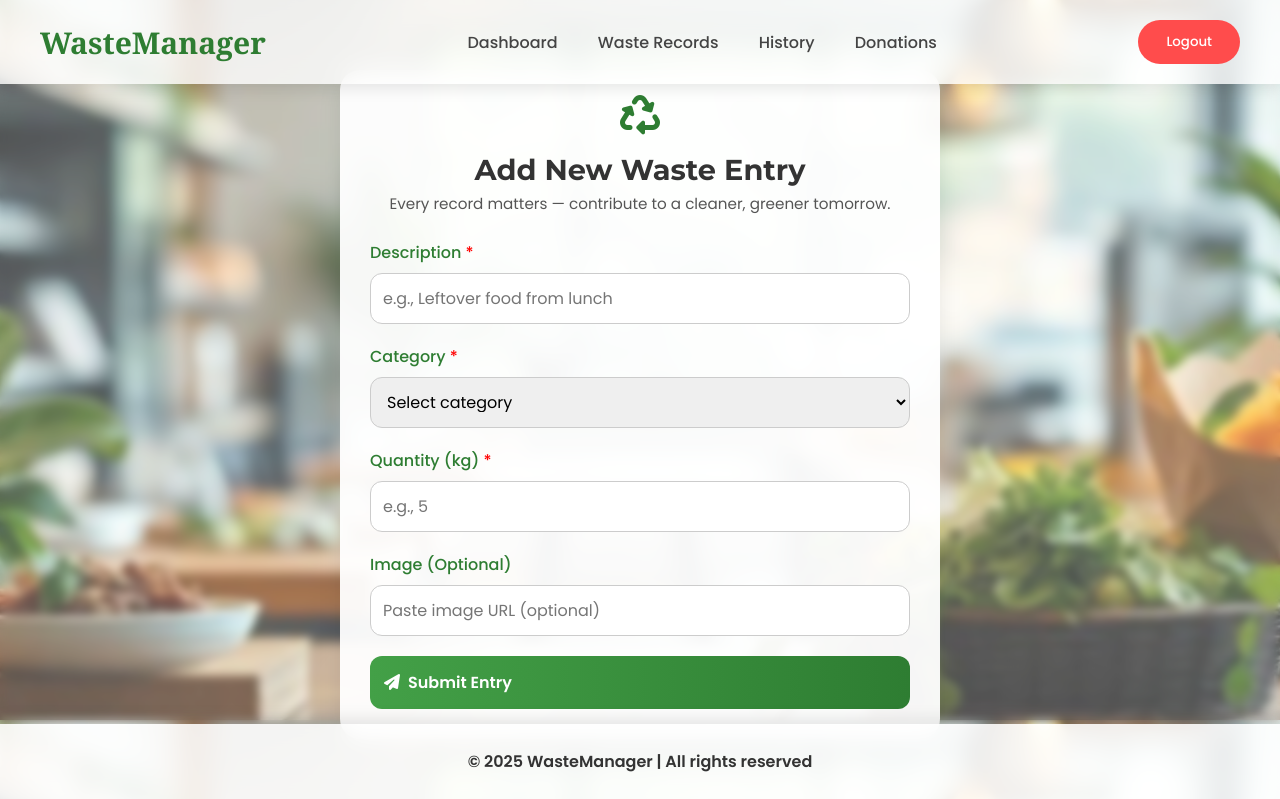
Repository: mahekagrawal25/restaurant-waste-management
Page: frontend/addwaste.html
An editor plug-in stored every save of this project. The page is shown before and after the next save, followed by the edit.
The browser window is 1280 px wide. The pictures show the whole page.
Backgrounds fixed to the window are drawn as part of the page.

Above is the page before, as saved 2025-04-06 22:12:57.

### frontend/addwaste.html
<!DOCTYPE html>
<html lang="en">
  <head>
    <meta charset="UTF-8" />
    <meta name="viewport" content="width=device-width, initial-scale=1.0" />
    <title>Add Waste - WasteManager</title>
    <link rel="stylesheet" href="style.css" />
    <script src="script.js" defer></script>
    <link
      rel="stylesheet"
      href="https://cdnjs.cloudflare.com/ajax/libs/font-awesome/6.4.0/css/all.min.css"
    />
    <link
      href="https://fonts.googleapis.com/css2?family=Poppins:wght@400;500;600&family=Montserrat:wght@700&display=swap"
      rel="stylesheet"
    />














    <style>
        body {
          margin: 0;
          padding: 0;
          font-family: 'Poppins', sans-serif;
          background: url('./images/restro6.jpg') no-repeat center center fixed;
          background-size: cover;
          background-attachment: fixed;
        }

        .page-wrapper {
          background-color: rgba(255, 255, 255, 0.3);
          backdrop-filter: blur(4px);
        }

        .waste-card {
          background: rgba(255, 255, 255, 0.95);
        }
      </style>



  </head>
  <body>
    <header class="navbar">
      <div class="nav-container">
        <div class="logo">WasteManager</div>
        <nav>
          <a href="dashboard.html">Dashboard</a>
          <a href="waste-records.html" class="active">Waste Records</a>
          <a href="history.html">History</a>
          <a href="donations.html">Donations</a>
        </nav>
        <button id="logoutBtn" class="btn-logout">Logout</button>
      </div>
    </header>

    <div class="page-wrapper">
      <div class="waste-card">
        <div class="card-header">
          <i class="fas fa-recycle"></i>
          <h1>Add New Waste Entry</h1>
          <p>
            Every record matters — contribute to a cleaner, greener tomorrow.
          </p>
        </div>

        <form id="addWasteForm" class="waste-form">
          <div class="form-group">
            <label for="description">Description <span>*</span></label>
            <input
              type="text"
              id="description"
              name="description"
              required
              placeholder="e.g., Leftover food from lunch"
            />
          </div>

          <div class="form-group">
            <label for="category">Category <span>*</span></label>
            <select id="category" name="category" required>
              <option value="">Select category</option>
              <option value="Plastic">Plastic</option>
              <option value="Food">Food</option>
              <option value="Cardboard">Cardboard</option>
              <option value="Glass">Glass</option>
              <option value="Other">Other</option>
            </select>
          </div>

          <div class="form-group">
            <label for="quantity">Quantity (kg) <span>*</span></label>
            <input
              type="number"
              id="quantity"
              name="quantity"
              min="1"
              required
              placeholder="e.g., 5"
            />
          </div>

          <div class="form-group">
            <label for="image_url">Image (Optional)</label>
            <input
              type="url"
              id="image_url"
              name="image_url"
              placeholder="Paste image URL (optional)"
            />
          </div>

          <button type="submit" class="btn-submit">
            <i class="fas fa-paper-plane"></i> Submit Entry
          </button>
        </form>
      </div>
    </div>

    <footer class="footer">
      <p>&copy; 2025 WasteManager | All rights reserved</p>
    </footer>
  </body>
</html>

### frontend/style.css
/* ✅ General Styles */
* {
  margin: 0;
  padding: 0;
  box-sizing: border-box;
  font-family: 'Poppins', sans-serif;
}

body {
  background: linear-gradient(135deg, #2e7d32, #81c784);
  color: #333;
  min-height: 100vh;
  display: flex;
  flex-direction: column;
}

/* ✅ Navigation Bar */
.navbar {
  background: rgba(255, 255, 255, 0.85);
  backdrop-filter: blur(12px);
  box-shadow: 0 4px 15px rgba(0, 0, 0, 0.1);
  padding: 20px 40px;
  position: sticky;
  top: 0;
  z-index: 1000;
}

.nav-container {
  display: flex;
  justify-content: space-between;
  align-items: center;
  max-width: 1300px;
  margin: 0 auto;
}

.navbar .logo {
  font-size: 30px;
  font-weight: bold;
  color: #2e7d32;
  font-family: 'Georgia', serif;
}

nav a {
  margin: 0 18px;
  text-decoration: none;
  color: #444;
  font-weight: 500;
  transition: color 0.3s, transform 0.3s;
}

nav a:hover {
  color: #2e7d32;
  transform: scale(1.1);
}

.btn-logout {
  background: #ff4c4c;
  color: #fff;
  border: none;
  padding: 12px 28px;
  border-radius: 30px;
  cursor: pointer;
  font-weight: 500;
  transition: background 0.3s, transform 0.3s;
}

.btn-logout:hover {
  background: #e03c3c;
  transform: scale(1.05);
}

/* ✅ Main Content */
.container {
  width: 90%;
  max-width: 1300px;
  margin: 50px auto;
  flex: 1;
}

/* ✅ Welcome Section */
.welcome-section {
  text-align: center;
  margin-bottom: 70px;
}

.welcome-section h1 {
  font-size: 48px;
  color: #fff;
  margin-bottom: 12px;
  font-weight: 700;
  font-family: 'Cambria', serif;
}

.welcome-section p {
  font-size: 20px;
  color: #f0f0f0;
  opacity: 0.9;
}

/* ✅ Quick Actions Grid */
.actions-grid {
  display: grid;
  grid-template-columns: repeat(auto-fit, minmax(280px, 1fr));
  gap: 35px;
  margin-bottom: 70px;
}

.action-card {
  background: rgba(255, 255, 255, 0.85);
  backdrop-filter: blur(12px);
  border-radius: 20px;
  box-shadow: 0 10px 25px rgba(0, 0, 0, 0.1);
  padding: 35px;
  text-align: center;
  transition: transform 0.4s, box-shadow 0.4s;
  cursor: pointer;
}

.action-card:hover {
  transform: translateY(-12px);
  box-shadow: 0 14px 30px rgba(0, 0, 0, 0.2);
}

.action-card i {
  font-size: 52px;
  color: #2e7d32;
  margin-bottom: 25px;
}

.action-card h3 {
  font-size: 26px;
  color: #333;
  margin-bottom: 12px;
  font-weight: 700;
}

.action-card p {
  font-size: 18px;
  color: #555;
  opacity: 0.85;
}

/* ✅ Recent Activities */
.recent-activities {
  background: rgba(255, 255, 255, 0.9);
  padding: 35px;
  border-radius: 20px;
  box-shadow: 0 10px 25px rgba(0, 0, 0, 0.1);
}

.recent-activities h2 {
  font-size: 30px;
  margin-bottom: 25px;
  font-weight: 700;
  color: #333;
}

.activities-container {
  max-height: 350px;
  overflow-y: auto;
  padding: 15px;
}

.activities-container p {
  font-size: 18px;
  color: #555;
  opacity: 0.9;
}

/* ✅ Footer */
.footer {
  background: rgba(255, 255, 255, 0.9);
  backdrop-filter: blur(10px);
  color: #333;
  text-align: center;
  padding: 25px;
  box-shadow: 0 -5px 15px rgba(0, 0, 0, 0.1);
  font-weight: 600;
  font-size: 16px;
}





/* Activities Table Styles */
.activities-table-container {
  overflow-x: auto;
  margin-top: 1rem;
  background: white;
  border-radius: 8px;
  box-shadow: 0 2px 10px rgba(0,0,0,0.1);
  padding: 1rem;
}

#activitiesTable {
  width: 100%;
  border-collapse: collapse;
}

#activitiesTable th, #activitiesTable td {
  padding: 12px 15px;
  text-align: left;
  border-bottom: 1px solid #e0e0e0;
}

#activitiesTable th {
  background-color: #f5f5f5;
  font-weight: 600;
}

#activitiesTable tr:hover {
  background-color: #f9f9f9;
}

.btn-view-all {
  display: block;
  margin: 1rem auto 0;
  padding: 8px 16px;
  background: #4CAF50;
  color: white;
  border: none;
  border-radius: 4px;
  cursor: pointer;
}

.btn-view-all:hover {
  background: #45a049;
}




/* Activities Table Styles */
.activities-table-container {
  overflow-x: auto;
  margin-top: 1rem;
  background: white;
  border-radius: 8px;
  box-shadow: 0 2px 10px rgba(0,0,0,0.1);
  padding: 1rem;
}

#activitiesTable {
  width: 100%;
  border-collapse: collapse;
  font-size: 0.9rem;
}

#activitiesTable th {
  background-color: #f8f9fa;
  padding: 12px 15px;
  text-align: left;
  font-weight: 600;
}

#activitiesTable td {
  padding: 10px 15px;
  border-bottom: 1px solid #e9ecef;
}

.loading, .error {
  text-align: center;
  padding: 20px;
}

.loading {
  color: #6c757d;
}

.error {
  color: #dc3545;
}













.page-header {
  text-align: center;
  margin-top: 40px;
}

.page-header h1 {
  font-family: 'Montserrat', sans-serif;
  font-size: 2rem;
  color: #2e7d32;
}

.page-header p {
  font-size: 1rem;
  color: #555;
  margin-top: 8px;
}

.form-section {
  max-width: 600px;
  margin: 30px auto;
  background: #f9fff9;
  padding: 30px;
  border-radius: 16px;
  box-shadow: 0 6px 18px rgba(0, 0, 0, 0.06);
}

.waste-form .form-group {
  margin-bottom: 20px;
}

.waste-form label {
  display: block;
  font-weight: 500;
  margin-bottom: 8px;
}

.waste-form label span {
  color: red;
}

.waste-form input,
.waste-form select {
  width: 100%;
  padding: 12px 14px;
  font-size: 1rem;
  border: 1px solid #ccc;
  border-radius: 12px;
  outline: none;
  transition: border 0.3s ease;
}

.waste-form input:focus,
.waste-form select:focus {
  border-color: #4caf50;
}

.btn-submit {
  background-color: #4caf50;
  color: #fff;
  padding: 12px 20px;
  border: none;
  border-radius: 12px;
  cursor: pointer;
  font-weight: 600;
  font-size: 1rem;
  transition: background-color 0.3s ease;
  display: flex;
  align-items: center;
  gap: 8px;
}

.btn-submit:hover {
  background-color: #388e3c;
}




/* Hero Section */
.hero-header {
  background: linear-gradient(to right, #43a047, #2e7d32);
  color: white;
  padding: 60px 20px 40px;
  text-align: center;
  border-bottom-left-radius: 40px;
  border-bottom-right-radius: 40px;
  box-shadow: 0 8px 20px rgba(0, 0, 0, 0.1);
}

.hero-content i {
  font-size: 3rem;
  margin-bottom: 10px;
  animation: bounce 1s ease-in-out infinite alternate;
}

.hero-content h1 {
  font-family: 'Montserrat', sans-serif;
  font-size: 2.5rem;
  margin: 0;
}

.hero-content p {
  font-size: 1.1rem;
  margin-top: 10px;
  color: #e0f2f1;
}

/* Animation for Icon */
@keyframes bounce {
  0% { transform: translateY(0); }
  100% { transform: translateY(-5px); }
}


/* Make entire page fit on screen */
.page-wrapper {
  display: flex;
  justify-content: center;
  align-items: center;
  height: calc(100vh - 80px); /* Adjust for header/footer */
  padding: 20px;
  background-color: #f4f7f6;
}

/* Unified Card */
.waste-card {
  background: white;
  border-radius: 20px;
  max-width: 600px;
  width: 100%;
  padding: 30px;
  box-shadow: 0 8px 24px rgba(0, 0, 0, 0.08);
  font-family: 'Poppins', sans-serif;
}

/* Header Inside Card */
.card-header {
  text-align: center;
  margin-bottom: 25px;
}

.card-header i {
  font-size: 2.5rem;
  color: #2e7d32;
  animation: bounce 1s infinite alternate;
}

.card-header h1 {
  margin: 10px 0 5px;
  font-family: 'Montserrat', sans-serif;
  font-size: 1.8rem;
}

.card-header p {
  font-size: 0.95rem;
  color: #555;
}

/* Form Fields */
.waste-form .form-group {
  margin-bottom: 20px;
}

.waste-form label {
  display: block;
  margin-bottom: 8px;
  font-weight: 500;
  color: #2e7d32;
}

.waste-form input,
.waste-form select {
  width: 100%;
  padding: 12px;
  border: 1px solid #ccc;
  border-radius: 12px;
  font-size: 1rem;
  transition: border 0.3s ease;
}

.waste-form input:focus,
.waste-form select:focus {
  border-color: #2e7d32;
  outline: none;
}

/* Submit Button */
.btn-submit {
  width: 100%;
  background: linear-gradient(to right, #43a047, #2e7d32);
  color: white;
  padding: 14px;
  font-size: 1rem;
  border: none;
  border-radius: 12px;
  cursor: pointer;
  transition: background 0.3s ease;
}

.btn-submit:hover {
  background: linear-gradient(to right, #388e3c, #1b5e20);
}

/* Icon Animation */
@keyframes bounce {
  0% { transform: translateY(0); }
  100% { transform: translateY(-5px); }
}

### frontend/script.js
// 🌟 DOMContentLoaded event
document.addEventListener("DOMContentLoaded", () => {
  const token = localStorage.getItem("token");
  const userName = localStorage.getItem("username") || "User";
  const isDashboard = window.location.pathname.includes("dashboard.html");
  const isLogin = window.location.pathname.includes("index.html");

  // ✅ Display username dynamically
  const userNameElement = document.getElementById("userName");
  if (userNameElement) userNameElement.textContent = userName;

  // ✅ Redirect logic based on token
  handleRedirection(token, isDashboard, isLogin);

  // ✅ Load dashboard data if logged in
  if (isDashboard && token) {
    loadDashboardData(token);
  }
});

// 🚀 Reusable redirection handler
function handleRedirection(token, isDashboard, isLogin) {
  if (!token && isDashboard) {
    console.log("No token, redirecting to login...");
    window.location.href = "index.html";
  } else if (token && isLogin) {
    console.log("User already logged in, redirecting to dashboard...");
    window.location.href = "dashboard.html";
  }
}

// 🔥 Load dashboard data with error handling
async function loadDashboardData(token) {
  const activitiesTableBody = document.getElementById("activitiesTableBody");

  if (!activitiesTableBody) {
    console.error("Error: Couldn't find the activities table");
    return;
  }

  try {
    // Show loading state
    activitiesTableBody.innerHTML = `
      <tr>
        <td colspan="5" class="loading">Loading activities...</td>
      </tr>
    `;

    // Fetch combined activities
    const response = await fetch("http://localhost:5000/api/auth/dashboard/activities", {
      method: "GET",
      headers: { Authorization: `Bearer ${token}` }
    });

    if (!response.ok) throw new Error(`HTTP error! status: ${response.status}`);

    const activities = await response.json();

    // Clear loading state
    activitiesTableBody.innerHTML = "";

    // Process and display activities
    if (activities.length === 0) {
      activitiesTableBody.innerHTML = `
        <tr>
          <td colspan="5">No recent activities found</td>
        </tr>
      `;
      return;
    }

    activities.forEach(activity => {
      const row = document.createElement("tr");

      // Common fields
      const date = new Date(activity.created_at).toLocaleDateString();

      // Type-specific rendering
      if (activity.type === 'waste') {
        row.innerHTML = `
          <td>🗑️ Waste</td>
          <td>${activity.description}</td>
          <td>${activity.category}</td>
          <td>${activity.quantity} ${activity.category === 'Food' ? 'kg' : 'units'}</td>
          <td>${date}</td>
        `;
      }
      else if (activity.type === 'donation') {
        row.innerHTML = `
          <td>♻️ Donation</td>
          <td>${activity.description}</td>
          <td>Donor: ${activity.donor_name}</td>
          <td>${activity.quantity} items</td>
          <td>${date}</td>
        `;
      }
      else if (activity.type === 'collection') {
        row.innerHTML = `
          <td>🚛 Collection</td>
          <td>${activity.description}</td>
          <td>${activity.status}</td>
          <td>-</td>
          <td>${new Date(activity.pickup_date).toLocaleDateString()}</td>
        `;
      }

      activitiesTableBody.appendChild(row);
    });

  } catch (error) {
    console.error("Error loading activities:", error);
    activitiesTableBody.innerHTML = `
      <tr>
        <td colspan="5" class="error">Failed to load activities. Please try again.</td>
      </tr>
    `;
  }
}
// 🌟 Login form submission
document.getElementById("loginForm")?.addEventListener("submit", async (event) => {
  event.preventDefault();

  const email = document.getElementById("email").value;
  const password = document.getElementById("password").value;
  const message = document.getElementById("message");

  try {
    const response = await fetch("http://localhost:5000/api/auth/login", {
      method: "POST",
      headers: { "Content-Type": "application/json" },
      body: JSON.stringify({ email, password })
    });

    const data = await response.json();

    if (response.ok) {
      localStorage.setItem("token", data.token);
      localStorage.setItem("username", data.username);

      message.textContent = "Login successful! Redirecting...";
      message.classList.remove("text-red-500");
      message.classList.add("text-green-500");

      setTimeout(() => {
        window.location.href = "dashboard.html";
      }, 1500);
    } else {
      message.textContent = data.message || "Invalid credentials.";
      message.classList.add("text-red-500");
    }
  } catch (error) {
    console.error("Server error:", error);
    message.textContent = "Server error. Please try again later.";
    message.classList.add("text-red-500");
  }
});

// 🚀 Logout handler
document.getElementById("logoutBtn")?.addEventListener("click", logoutUser);

function logoutUser() {
  localStorage.removeItem("token");
  localStorage.removeItem("username");
  window.location.href = "index.html";
}

// ✅ Signup form submission
document.getElementById("signupForm")?.addEventListener("submit", async (event) => {
  event.preventDefault();

  const username = document.getElementById("username").value.trim();
  const email = document.getElementById("email").value.trim();
  const password = document.getElementById("password").value.trim();
  const message = document.getElementById("signupMessage");

  // ✅ Basic validation
  if (!username || !email || !password) {
    message.textContent = "All fields are required.";
    message.classList.add("text-red-500");
    return;
  }

  try {
    const response = await fetch("http://localhost:5000/api/auth/signup", {
      method: "POST",
      headers: { "Content-Type": "application/json" },
      body: JSON.stringify({ username, email, password }),
    });

    const data = await response.json();

    if (response.ok) {
      message.textContent = "Signup successful! Redirecting to login...";
      message.classList.remove("text-red-500");
      message.classList.add("text-green-500");

      setTimeout(() => {
        window.location.href = "index.html";
      }, 1500);
    } else {
      message.textContent = data.message || "Signup failed. Please try again.";
      message.classList.add("text-red-500");
    }
  } catch (error) {
    console.error("Server error:", error);
    message.textContent = "Server error. Please try again later.";
    message.classList.add("text-red-500");
  }
});

After the next save:
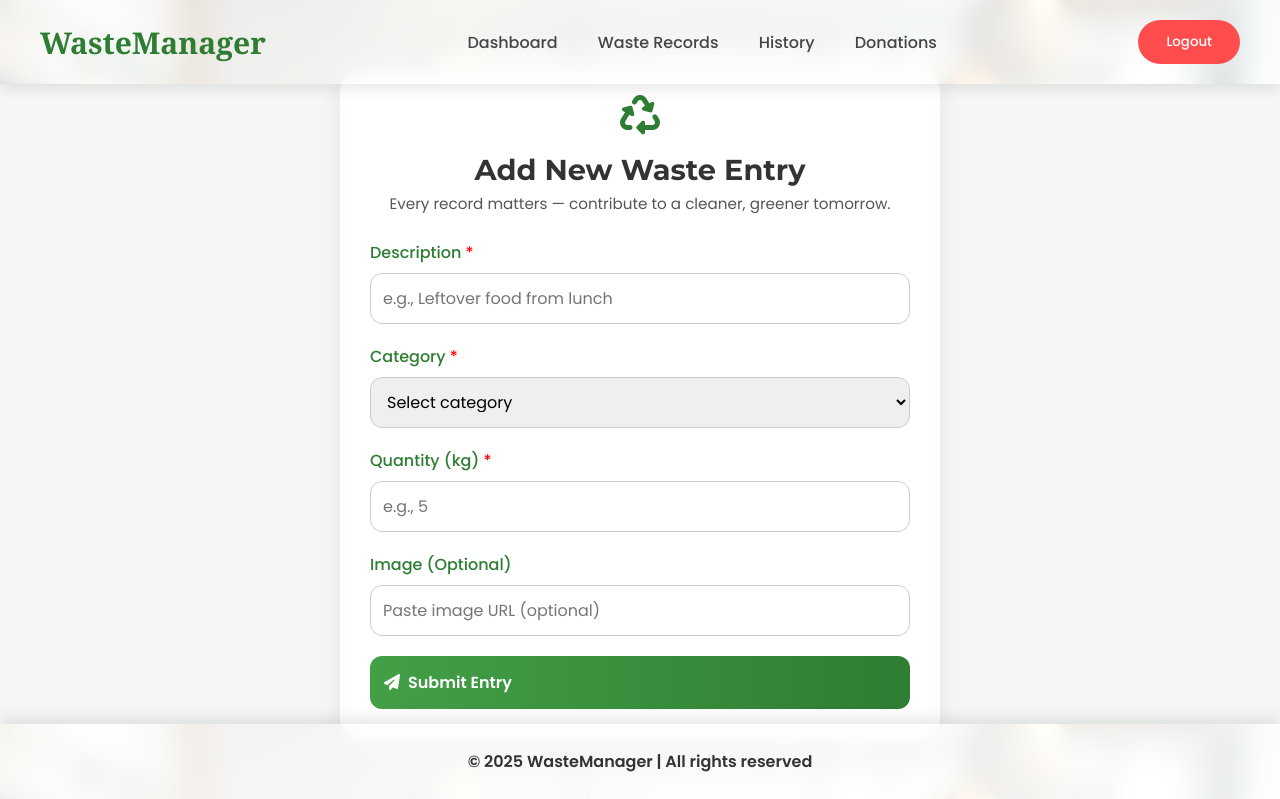
Saved 15 s later.
--- a/frontend/addwaste.html
+++ b/frontend/addwaste.html
@@ -38,14 +38,7 @@
           background-attachment: fixed;
         }
 
-        .page-wrapper {
-          background-color: rgba(255, 255, 255, 0.3);
-          backdrop-filter: blur(4px);
-        }
 
-        .waste-card {
-          background: rgba(255, 255, 255, 0.95);
-        }
       </style>
 
 

After the save that followed:
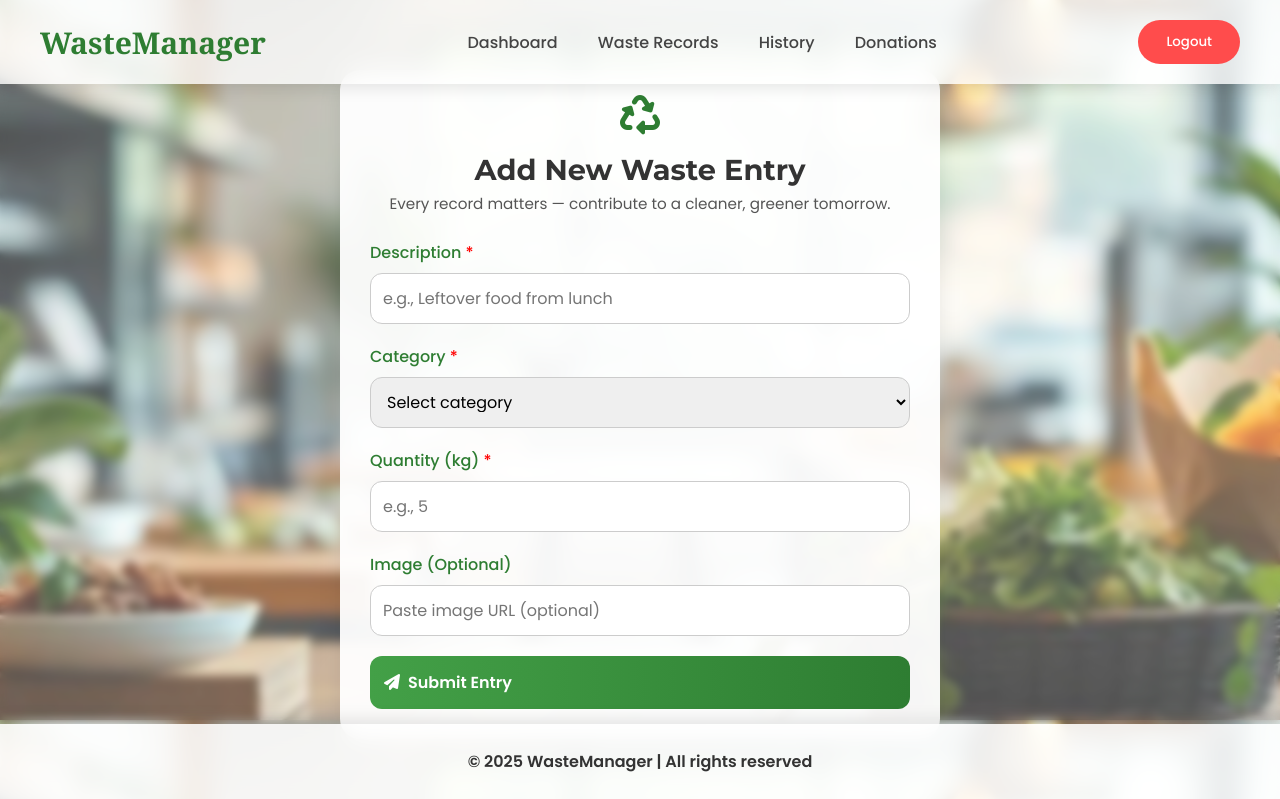
Saved 5 s later.
--- a/frontend/addwaste.html
+++ b/frontend/addwaste.html
@@ -38,7 +38,14 @@
           background-attachment: fixed;
         }
 
+        .page-wrapper {
+          background-color: rgba(255, 255, 255, 0.3);
+          backdrop-filter: blur(4px);
+        }
 
+        .waste-card {
+          background: rgba(255, 255, 255, 0.95);
+        }
       </style>
 
 
